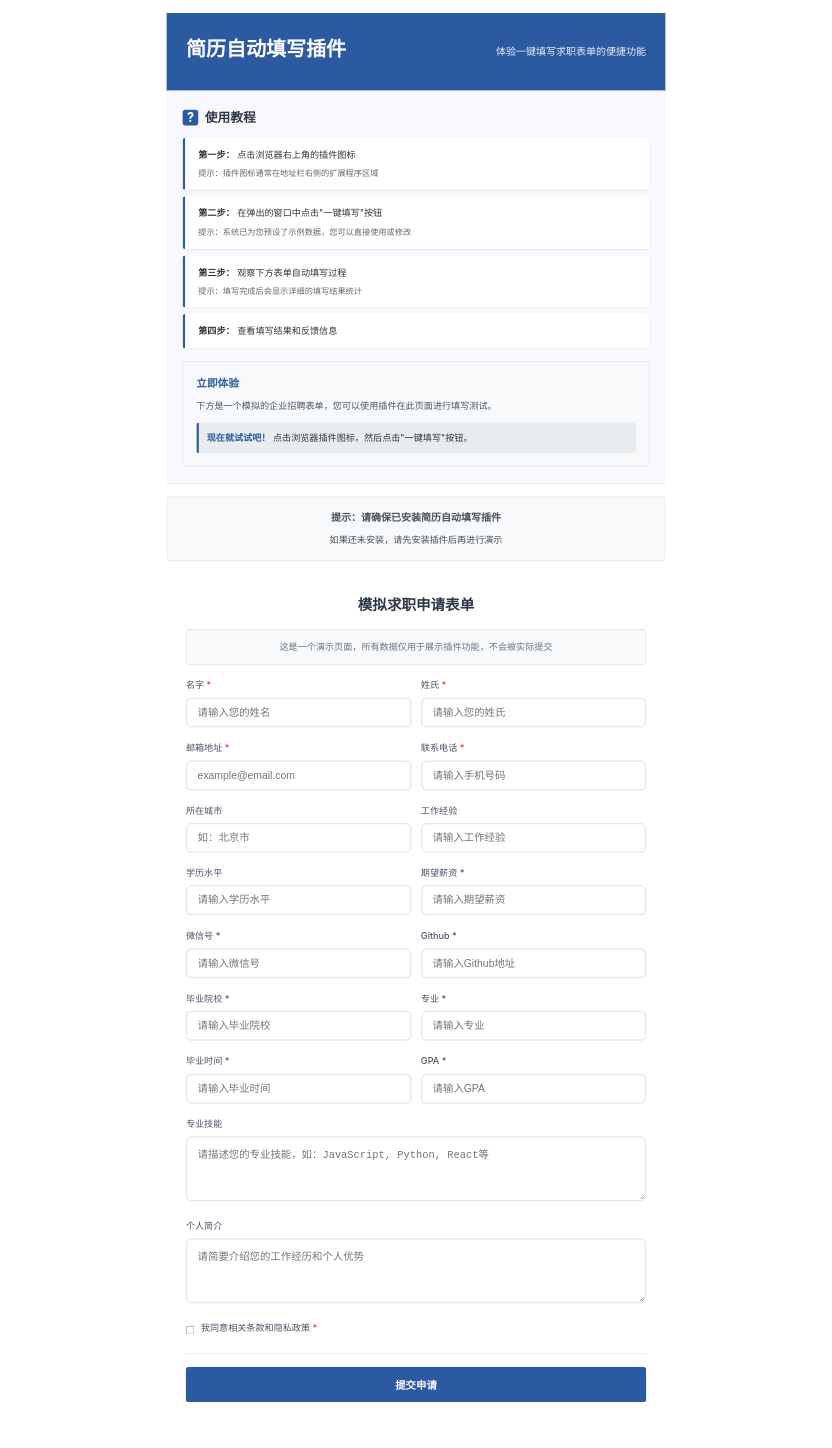
Repository: Zion74/jiancareer-chrome-main-zhn
Page: public/mock-form.html
These files come from the project's save history. The page is drawn as it stood at one moment and after the next save; the edit follows.
The browser window is 1280 px wide. The pictures show the whole page, at 65% of full size.

Above is the page before, as saved 2025-09-09 23:12:21.

After the next save:
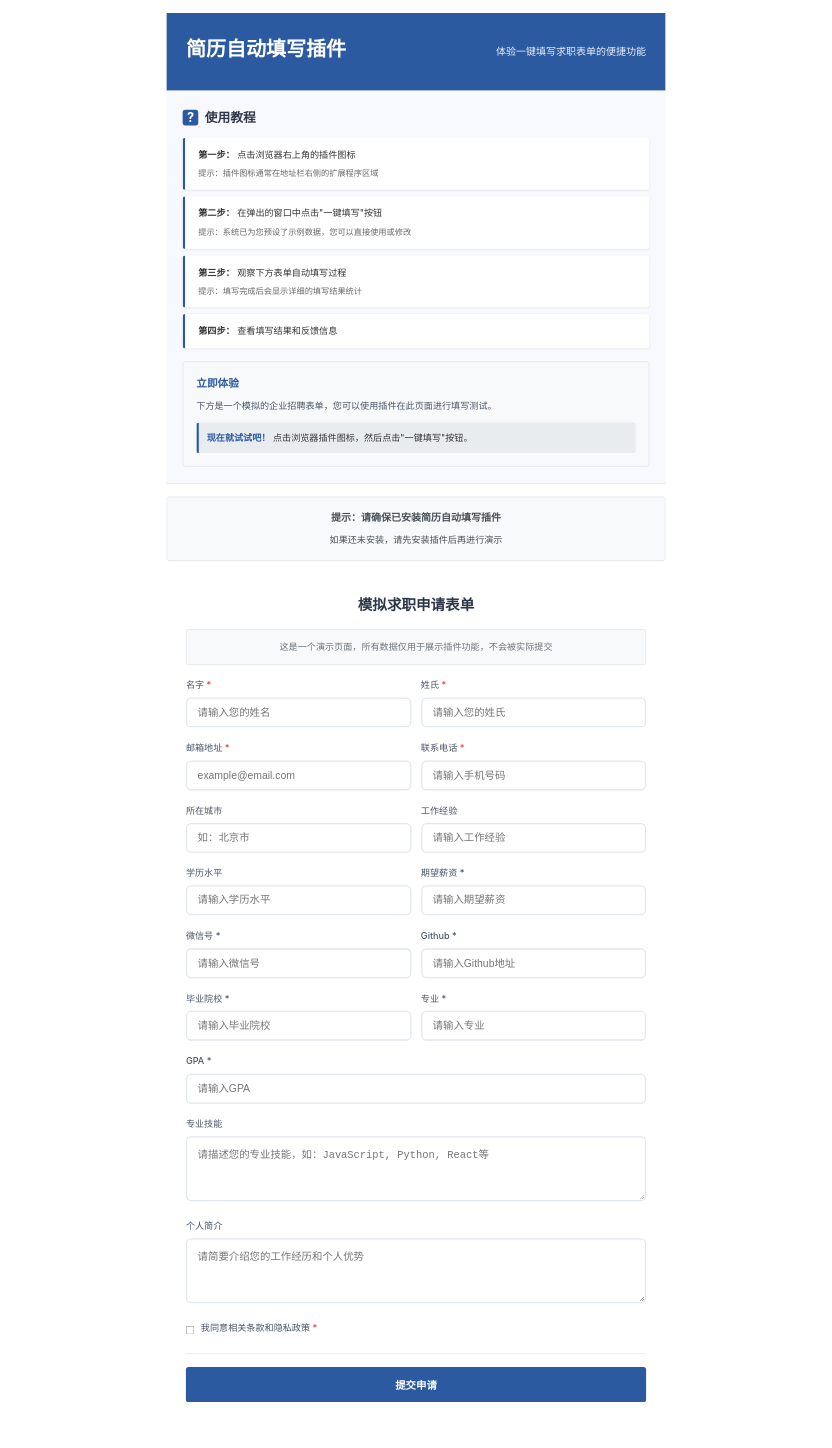
Saved 5 s later.
--- a/public/mock-form.html
+++ b/public/mock-form.html
@@ -363,10 +363,7 @@
                 </div>
 
                 <div class="form-row">
-                    <div class="form-group">
-                        <label for="graduation_date">毕业时间 *</label>
-                        <input type="text" id="graduation_date" name="graduation_date" placeholder="请输入毕业时间" required>
-                    </div>
+
                     <div class="form-group">
                         <label for="gpa">GPA *</label>
                         <input type="text" id="gpa" name="gpa" placeholder="请输入GPA" required>
